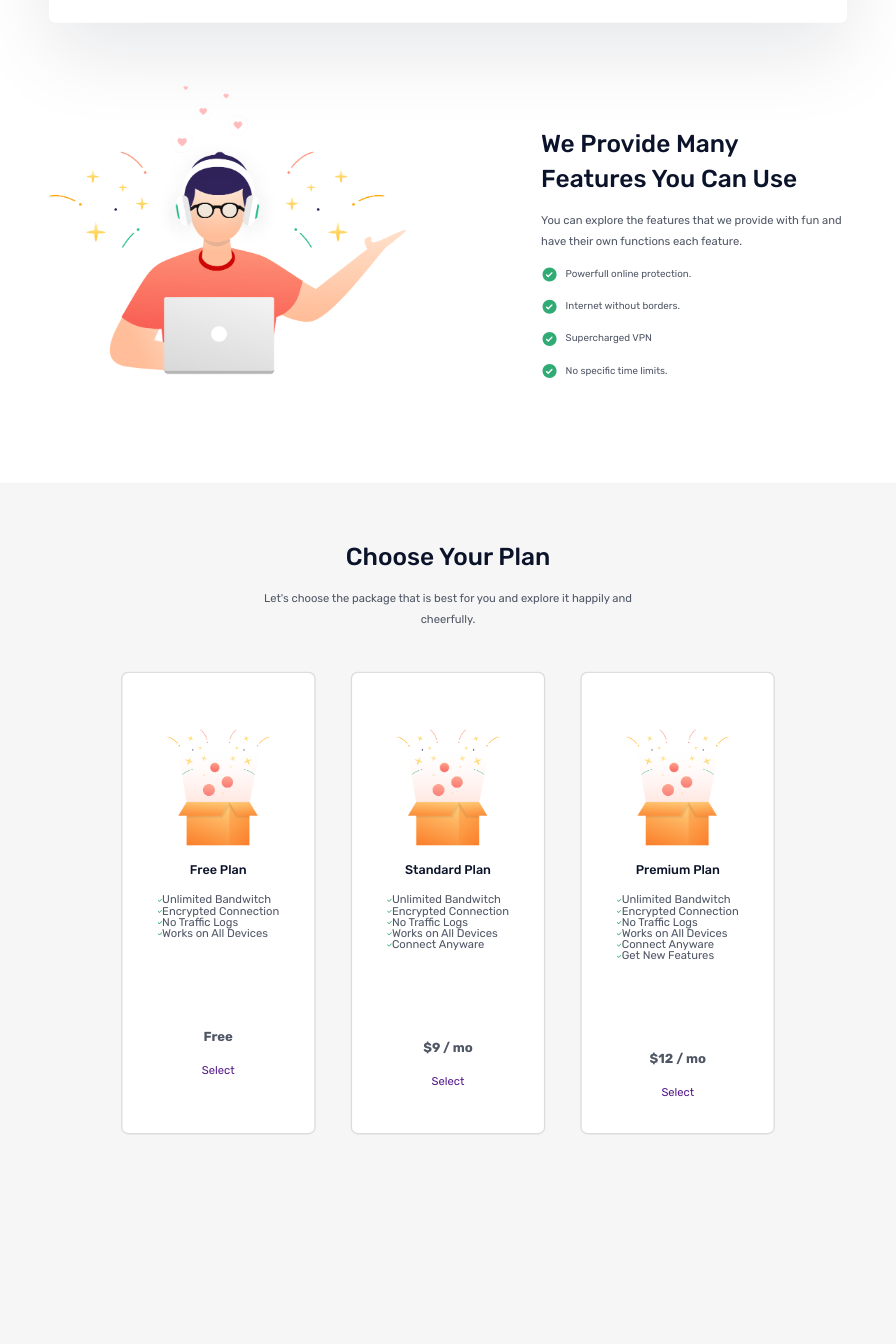
Repository: thefellowshiplotr/lasles_recode
Page: index.html
The author's editor kept a copy of each file at every save. The page is drawn from the files as they stood at one save, then again after the next save.
The browser window is 1280 px wide. The pictures show the part of the page from y = 802 to 2722 px (the page is 2722 px tall), at 70% of full size.
The style sheet was rebuilt from its Sass, Less or Tailwind sources for each picture, by a compiler version that may differ from the author's.

Above is the page before, as saved 2022-10-28 16:23:45.

### index.html
<!DOCTYPE html>
<html lang="en">
  <head>
    <meta charset="UTF-8" />
    <meta http-equiv="X-UA-Compatible" content="IE=edge" />
    <meta name="viewport" content="width=device-width, initial-scale=1.0" />
    <title>Lasles Vpn</title>
    <link rel="preconnect" href="https://fonts.googleapis.com" />
    <link rel="preconnect" href="https://fonts.gstatic.com" crossorigin />
    <link
      href="https://fonts.googleapis.com/css2?family=Rubik:wght@400;500;700&display=swap"
      rel="stylesheet"
    />
    <link rel="stylesheet" href="./css/app.css" />
  </head>
  <body>
    <div class="wrapper">
      <header class="header">
        <div class="container">
          <div class="header-container">
            <img srcset="./img/logo.png 2x" alt="" class="header-logo" />
            <ul class="menu">
              <li class="menu-item">
                <a href="#" class="menu-link">About</a>
              </li>
              <li class="menu-item">
                <a href="#" class="menu-link">Features</a>
              </li>
              <li class="menu-item">
                <a href="#" class="menu-link">Pricing</a>
              </li>
              <li class="menu-item">
                <a href="#" class="menu-link">Testimonials</a>
              </li>
              <li class="menu-item">
                <a href="#" class="menu-link">Help</a>
              </li>
            </ul>
            <div class="header-auth">
              <a href="#" class="header-signin">Sign In</a>
              <a href="#" class="header-signup">Sign Up</a>
            </div>
          </div>
        </div>
      </header>
    </div>
    <div class="wrapper">
      <section class="hero">
        <div class="container">
          <div class="hero-container">
            <div class="hero-content">
              <h1 class="hero-heading">
                Want anything to be easy with
                <strong class="hero-laslesvpn">LaslesVPN.</strong>
              </h1>
              <p class="hero-desc">
                Provide a network for all your needs with ease and fun using
                <strong class="hero-laslesvpn2">LaslesVPN</strong> discover
                interesting features from us.
              </p>
            </div>
            <div class="hero-btn">
              <a href="" class="button button-primary">Get Started</a>
            </div>
            <div class="hero-img">
              <img srcset="./img/hero-image.png 2x" alt="" />
            </div>
          </div>
        </div>
      </section>
    </div>
    <div class="wrapper">
      <section class="intro">
        <div class="container">
          <div class="intro-container">
            <div class="intro-item">
              <div class="intro-icon">
                <img srcset="./img/user.png 2x" alt="" />
              </div>
              <div class="intro-info">
                <div class="intro-title">90+</div>
                <p class="intro-text">Users</p>
              </div>
            </div>
            <div class="intro-item">
              <div class="intro-icon">
                <img srcset="./img/location.png 2x" alt="" />
              </div>
              <div class="intro-info">
                <div class="intro-title">30+</div>
                <p class="intro-text">Locations</p>
              </div>
            </div>
            <div class="intro-item">
              <div class="intro-icon">
                <img srcset="./img/server.png 2x" alt="" />
              </div>
              <div class="intro-info">
                <div class="intro-title">50+</div>
                <p class="intro-text">Servers</p>
              </div>
            </div>
          </div>
        </div>
      </section>
    </div>
    <div class="wrapper">
      <section class="feature">
        <div class="container">
          <div class="feature-container">
            <img
              srcset="./img/feature-image.png 2x"
              alt=""
              class="feature-img"
            />
            <div class="feature-content">
              <h2 class="feature-heading">
                We Provide Many Features You Can Use
              </h2>
              <p class="feature-desc">
                You can explore the features that we provide with fun and have
                their own functions each feature.
              </p>
              <div class="feature-list">
                <div class="feature-item">
                  <img src="./img/icon-check.svg" alt="" />
                  <span>Powerfull online protection.</span>
                </div>
                <div class="feature-item">
                  <img src="./img/icon-check.svg" alt="" />
                  <span>Internet without borders.</span>
                </div>
                <div class="feature-item">
                  <img src="./img/icon-check.svg" alt="" />
                  <span>Supercharged VPN</span>
                </div>
                <div class="feature-item">
                  <img src="./img/icon-check.svg" alt="" />
                  <span>No specific time limits.</span>
                </div>
              </div>
            </div>
          </div>
        </div>
      </section>
    </div>
    <div class="wrapper background-plan">
      <section class="plan">
        <div class="container">
          <div class="plan-container">
            <div class="plan-header">
              <h2 class="plan-heading">Choose Your Plan</h2>
              <p class="plan-desc">
                Let's choose the package that is best for you and explore it
                happily and cheerfully.
              </p>
            </div>
            <div class="plan-list">
              <div class="plan-item">
                <div class="plan-img">
                  <img srcset="./img/plan.png 2x" alt="" />
                </div>
                <div class="plan-title">Free Plan</div>
                <div class="plan-details">
                  <div class="plan-info">
                    <img
                      srcset="./img/icon-check-line.svg 2x"
                      alt=""
                      class="plan-icon"
                    />
                    <span>Unlimited Bandwitch</span>
                  </div>
                  <div class="plan-info">
                    <img
                      srcset="./img/icon-check-line.svg 2x"
                      alt=""
                      class="plan-icon"
                    />
                    <span>Encrypted Connection</span>
                  </div>
                  <div class="plan-info">
                    <img
                      srcset="./img/icon-check-line.svg 2x"
                      alt=""
                      class="plan-icon"
                    />
                    <span>No Traffic Logs</span>
                  </div>
                  <div class="plan-info">
                    <img
                      srcset="./img/icon-check-line.svg 2x"
                      alt=""
                      class="plan-icon"
                    />
                    <span>Works on All Devices</span>
                  </div>
                </div>
                <h3 class="plan-price">Free</h3>
                <a href="" class="button button-rounded">Select</a>
              </div>
              <div class="plan-item">
                <div class="plan-img">
                  <img srcset="./img/plan.png 2x" alt="" />
                </div>
                <div class="plan-title">Standard Plan</div>
                <div class="plan-details">
                  <div class="plan-info">
                    <img
                      srcset="./img/icon-check-line.svg 2x"
                      alt=""
                      class="plan-icon"
                    />
                    <span>Unlimited Bandwitch</span>
                  </div>
                  <div class="plan-info">
                    <img
                      srcset="./img/icon-check-line.svg 2x"
                      alt=""
                      class="plan-icon"
                    />
                    <span>Encrypted Connection</span>
                  </div>
                  <div class="plan-info">
                    <img
                      srcset="./img/icon-check-line.svg 2x"
                      alt=""
                      class="plan-icon"
                    />
                    <span>No Traffic Logs</span>
                  </div>
                  <div class="plan-info">
                    <img
                      srcset="./img/icon-check-line.svg 2x"
                      alt=""
                      class="plan-icon"
                    />
                    <span>Works on All Devices</span>
                  </div>
                  <div class="plan-info">
                    <img
                      srcset="./img/icon-check-line.svg 2x"
                      alt=""
                      class="plan-icon"
                    />
                    <span>Connect Anyware</span>
                  </div>
                </div>
                <h3 class="plan-price">$9 / mo</h3>
                <a href="" class="button button-rounded">Select</a>
              </div>
              <div class="plan-item">
                <div class="plan-img">
                  <img srcset="./img/plan.png 2x" alt="" />
                </div>
                <div class="plan-title">Premium Plan</div>
                <div class="plan-details">
                  <div class="plan-info">
                    <img
                      srcset="./img/icon-check-line.svg 2x"
                      alt=""
                      class="plan-icon"
                    />
                    <span>Unlimited Bandwitch</span>
                  </div>
                  <div class="plan-info">
                    <img
                      srcset="./img/icon-check-line.svg 2x"
                      alt=""
                      class="plan-icon"
                    />
                    <span>Encrypted Connection</span>
                  </div>
                  <div class="plan-info">
                    <img
                      srcset="./img/icon-check-line.svg 2x"
                      alt=""
                      class="plan-icon"
                    />
                    <span>No Traffic Logs</span>
                  </div>
                  <div class="plan-info">
                    <img
                      srcset="./img/icon-check-line.svg 2x"
                      alt=""
                      class="plan-icon"
                    />
                    <span>Works on All Devices</span>
                  </div>
                  <div class="plan-info">
                    <img
                      srcset="./img/icon-check-line.svg 2x"
                      alt=""
                      class="plan-icon"
                    />
                    <span>Connect Anyware</span>
                  </div>
                  <div class="plan-info">
                    <img
                      srcset="./img/icon-check-line.svg 2x"
                      alt=""
                      class="plan-icon"
                    />
                    <span>Get New Features</span>
                  </div>
                </div>
                <h3 class="plan-price">$12 / mo</h3>
                <a href="" class="button button-rounded">Select</a>
              </div>
            </div>
          </div>
        </div>
      </section>
    </div>
  </body>
</html>

### sass/app.scss
@import "reset";
@import "variables";
@import "global";
@import "header";
@import "menu";
@import "hero";
@import "intro";
@import "feature";
@import "plan";

### sass/_variables.scss
$font: "Rubik", sans-serif;
$text-color: #4f5665;
$heading-color: #0b132a;
$primary-color: #f53838;
$secondary-color: #f53855;
$gray-color: #f6f6f6;
$gray-light-color: #f8f8f8;
$gray-lighter-color: #afb5c0;

### sass/_global.scss
.wrapper {
  max-width: 1440px;
  margin: 0 auto;
}

.container {
  max-width: 1170px;
  margin: 0 auto;
  padding: 0 15px;
}

body {
  line-height: 1;
  font-family: $font;
  color: $text-color;
  font-weight: 400;
}

.button {
  &-primary {
    color: #fff;
    padding: 17px 77px;
    border: none;
    background-color: $primary-color;
    border: 1px solid;
    border-radius: 10px;
    white-space: nowrap;
  }
}
.background-plan {
  background-color: $gray-color;
}

### sass/_header.scss
.header {
  padding-top: 30px;
  padding-bottom: 90px;
  &-container {
    display: flex;
    justify-content: space-between;
    align-items: center;
  }
  &-auth {
    display: flex;
    align-items: center;
    gap: 0 30px;
  }
  &-signin {
    color: $heading-color;
    font-weight: 500;
    font-size: 16px;
    line-height: calc(18.96 / 16);
  }
  &-signup {
    color: $secondary-color;
    font-weight: 500;
    font-size: 16px;
    line-height: calc(18.96 / 16);
    padding: 13px 45px;
    border: 1px solid $secondary-color;
    border-radius: 50px;
    // border-radius: 100rem;
  }
}

### sass/_menu.scss
.menu {
  list-style: none;
  display: flex;
  align-items: center;
  gap: 0 40px;
  &-link {
    color: inherit;
    font-size: 16px;
    line-height: calc(18.96 / 16);
  }
}

### sass/_hero.scss
.hero {
  padding-bottom: 100px;
  &-container {
    display: flex;
    justify-content: space-between;
    align-items: center;
    position: relative;
    gap: 0 40px;
    align-items: center;
  }
  &-content {
    width: 100%;
    max-width: 555px;
    display: flex;
    align-items: center;
    flex-direction: column;
    align-content: center;
  }
  &-img {
    position: absolute;
    top: 50%;
    transform: translate(40px, -40%);
    right: 0;
  }
  &-heading {
    color: $heading-color;
    font-weight: 500;
    font-size: 50px;
    line-height: calc(70 / 50);
    margin-bottom: 20px;
  }
  &-desc {
    font-weight: 400;
    font-size: 16px;
    line-height: calc(30 / 16);
    margin-bottom: 50px;
  }
  &-laslesvpn {
    font-weight: 700;
    font-size: 50px;
    line-height: calc(70 / 50);
  }
  &-btn {
    font-weight: 700;
    font-size: 16px;
    line-height: calc(25 / 16);
    position: absolute;
    left: 0;
    bottom: -55px;
    box-shadow: 0 37px 54px 0px $primary-color;
  }
}

### sass/_intro.scss
.intro {
  padding: 57px 0;
  margin-top: 40px;
  &-container {
    background: #ffffff;
    padding: 37px 0;
    border-radius: 10px;
    box-shadow: 0 42px 114px 0 rgb(13 16 37 / 10%);
    display: grid;
    grid-template-columns: repeat(3, minmax(0, 1fr));
    grid-gap: 0 50px;
    min-height: 200px;
  }
  &-item {
    display: flex;
    align-items: center;
    justify-content: center;
    gap: 0 36.5px;
  }
  &-item:nth-child(2) {
    border-left: 2px solid #eeeff2;
    border-right: 2px solid #eeeff2;
  }
  &-title {
    color: $heading-color;
    font-weight: 700;
    font-size: 25px;
    line-height: calc(30 / 25);
  }
  &-text {
    color: $text-color;
    font-weight: 400;
    font-size: 20px;
    line-height: calc(30 / 20);
  }
}

### sass/_feature.scss
.feature {
  padding-bottom: 126px;
  &-container {
    display: flex;
    justify-content: space-between;
    align-items: center;
  }
  &-content {
    margin-top: 90px;
  }
  &-heading {
    width: 383px;
    color: $heading-color;
    font-weight: 500;
    font-size: 35px;
    line-height: calc(50 / 35);
    margin-bottom: 20px;
  }
  &-desc {
    width: 437px;
    font-weight: 400;
    font-size: 16px;
    line-height: calc(30 / 16);
    margin-bottom: 20px;
  }
  &-item {
    display: flex;
    justify-content: flex-start;
    align-items: center;
    gap: 0 10px;
    font-size: 14px;
    margin-bottom: 21px;
  }
}

### sass/_plan.scss
.plan {
  padding-bottom: 150px;
  &-container {
    display: flex;
    align-items: center;
    justify-content: center;
    text-align: center;
    flex-direction: column;
  }
  &-header {
    margin-top: 80px;
  }
  &-heading {
    color: $heading-color;
    font-weight: 500;
    font-size: 35px;
    line-height: calc(50 / 35);
    margin-bottom: 20px;
  }
  &-desc {
    width: 555px;
    font-weight: 40;
    font-size: 16px;
    line-height: calc(30 / 16);
  }
  &-list {
    margin-top: 60px;
    display: grid;
    grid-template-columns: repeat(3, 1fr);
    grid-gap: 0 50px;
    margin-bottom: 150px;
  }
  &-item {
    background-color: #fff;
    border: 2px solid #dddddd;
    border-radius: 10px;
    padding: 80px 50px 50px;
    display: flex;
    flex-direction: column;
    align-items: center;
  }
  &-price {
    margin-top: 130px;
    margin-bottom: 30px;
  }
  &-title {
    color: $heading-color;
    margin-top: 20px;
    margin-bottom: 20px;
    font-weight: 500;
    font-size: 18px;
    line-height: calc(30 / 18);
  }
  &-info {
    display: flex;
    align-items: center;
  }
}

Loaded but not shown: sass/_reset.scss (common file)

After the next save:
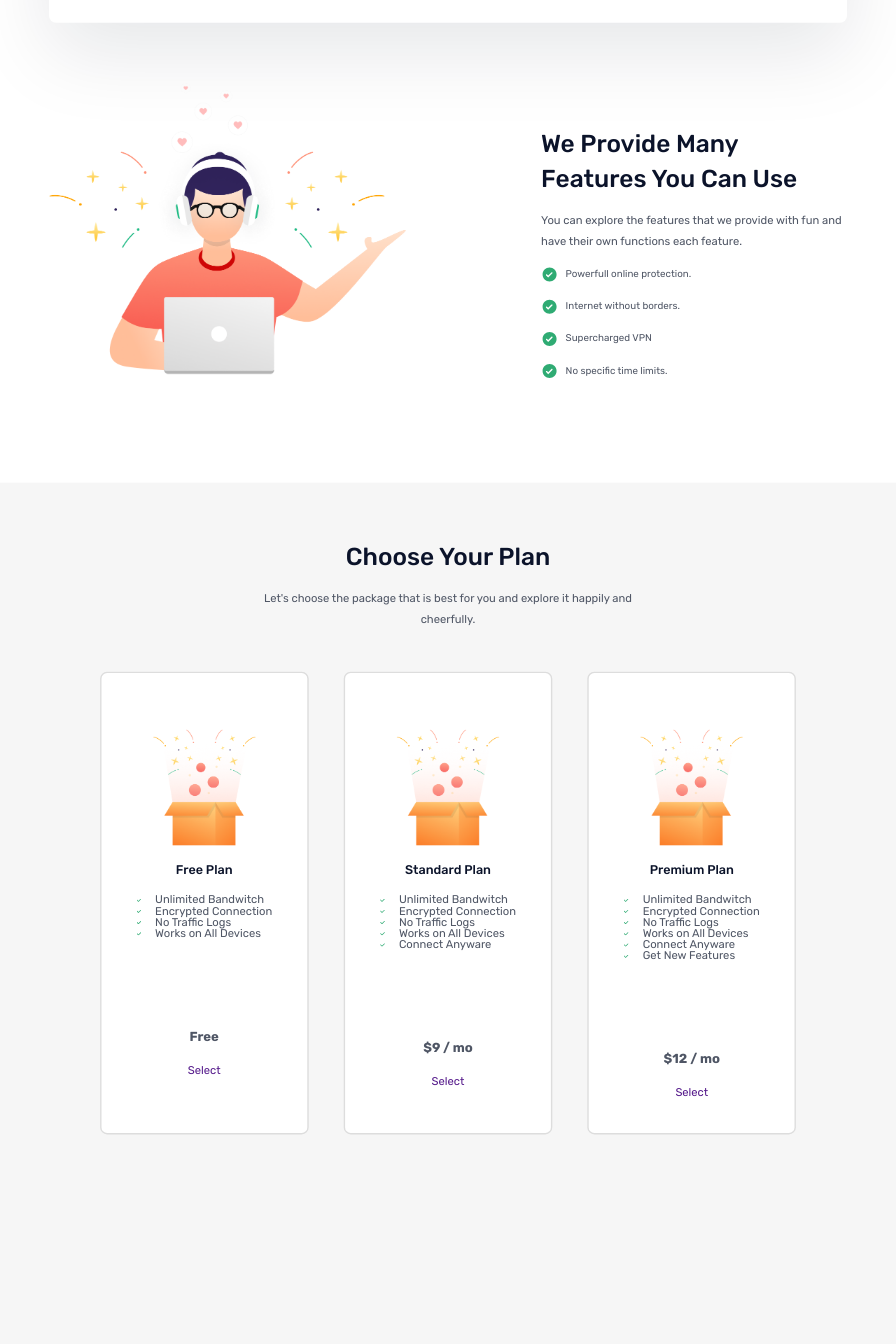
Saved 30 s later.
--- a/sass/_plan.scss
+++ b/sass/_plan.scss
@@ -54,5 +54,6 @@
   &-info {
     display: flex;
     align-items: center;
+    gap: 0 20px;
   }
 }
